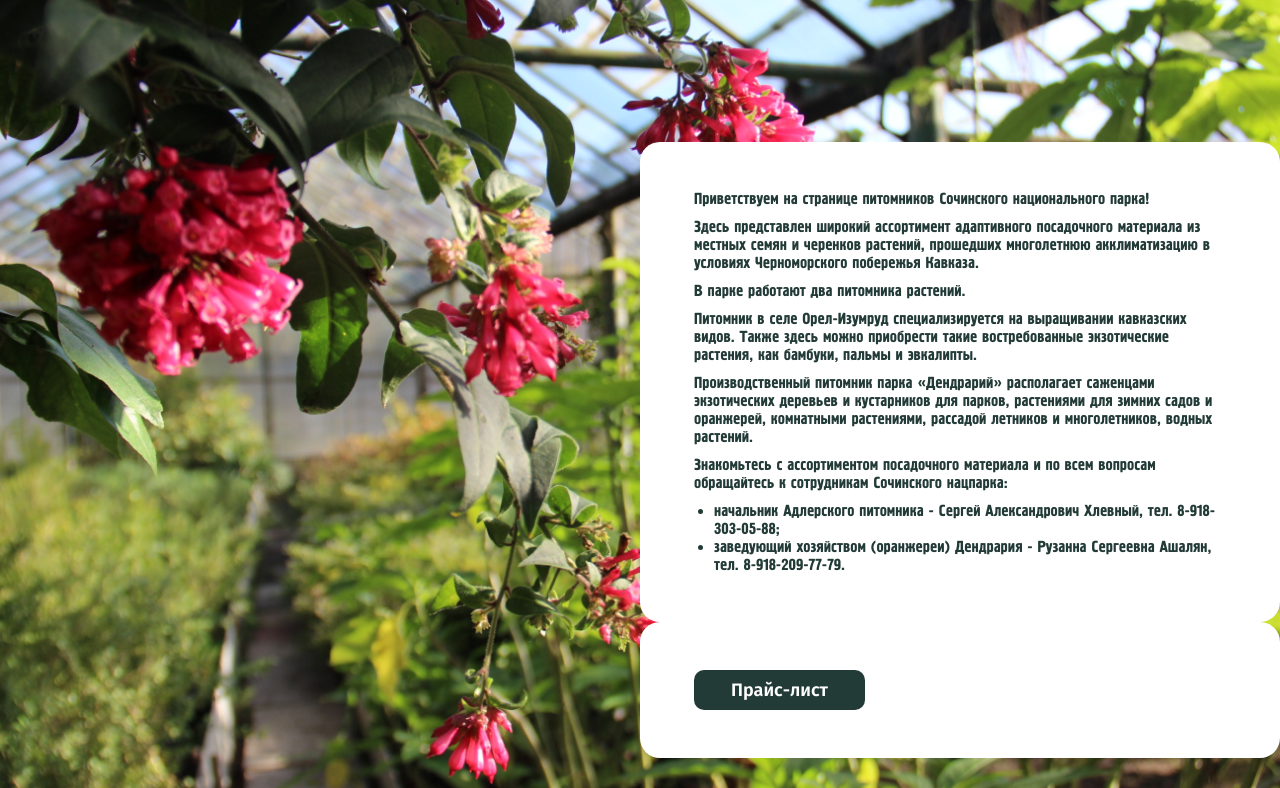
Repository: sem1103/np-sochi
Page: index.html
An editor plug-in stored every save of this project. The page is shown before and after the next save, followed by the edit.
The browser window is 1280 px wide. The pictures show the whole page.

Above is the page before, as saved 2024-01-17 20:01:12.

### index.html
<!DOCTYPE html>
<html lang="en">
<head>
    <meta charset="UTF-8">
    <meta name="viewport" content="width=device-width, initial-scale=1.0">
    <title>Сочинский Национальный Парк</title>

    <link rel="stylesheet" href="styles/reset.css">
    <link rel="stylesheet" href="styles/main.css">
</head>
<body>
    <div id="page">
        <header></header>

        <main>
            <div class="top__text container">
                <div class="text__content">
                    <p>
                        Приветствуем на странице питомников Сочинского национального парка!
                    </p>
                    <p>
                        Здесь представлен широкий ассортимент адаптивного посадочного материала из местных семян и черенков растений, прошедших многолетнюю акклиматизацию в условиях Черноморского побережья Кавказа.
                    </p>
                    <p>
                        В парке работают два питомника растений.
                    </p>
                    <p>
                        Питомник в селе Орел-Изумруд специализируется на выращивании кавказских видов. Также здесь можно приобрести такие востребованные экзотические растения, как бамбуки, пальмы и эвкалипты.
                    </p>
                    <p>
                        Производственный питомник парка «Дендрарий» располагает саженцами экзотических деревьев и кустарников для парков, растениями для зимних садов и оранжерей, комнатными растениями, рассадой летников и многолетников, водных растений.
                    </p>
                    <p>
                        Знакомьтесь с ассортиментом посадочного материала и по всем вопросам обращайтесь к сотрудникам Сочинского нацпарка:
                    </p>
                    <ul>
                        <li>начальник Адлерского питомника - Сергей Александрович Хлевный, тел. <a href="tel:+79183030588">8-918-303-05-88</a>;</li>
                        <li>заведующий хозяйством (оранжереи) Дендрария - Рузанна Сергеевна Ашалян, тел. 8-918-209-77-79.</li>
                    </ul>
                </div>
                <div class="price__list">
                    <button >Прайс-лист</button>

                </div>
            </div>
        </main>

        <footer></footer>
    </div>
</body>
</html>

### styles/reset.css

:root{
    --gray: #233B37;
}
html{
    scroll-behavior: smooth;
}
html,
body,
div,
span,
applet,
object,
iframe,
h1,
h2,
h3,
h4,
h5,
h6,
p,
blockquote,
pre,
a,
abbr,
acronym,
address,
big,
cite,
code,
del,
dfn,
em,
img,
ins,
kbd,
q,
s,
samp,
small,
strike,
strong,
sub,
sup,
tt,
var,
b,
u,
i,
center,
dl,
dt,
dd,
ol,
ul,
li,
fieldset,
form,
label,
legend,
table,
caption,
tbody,
tfoot,
thead,
tr,
th,
td,
article,
aside,
canvas,
details,
embed,
figure,
figcaption,
footer,
header,
hgroup,
menu,
nav,
output,
ruby,
section,
summary,
time,
mark,
audio,
video {
    margin: 0;
    padding: 0;
    border: 0;
    font-size: 100%;
    font: inherit;
    vertical-align: baseline
}

article,
aside,
details,
figcaption,
figure,
footer,
header,
hgroup,
menu,
nav,
section {
    display: block
}

body {
    line-height: 1;
    font-family: Hermes;
}

ol,
ul {
    list-style: none
}

blockquote,
q {
    quotes: none
}

blockquote:before,
blockquote:after,
q:before,
q:after {
    content: '';
    content: none
}

table {
    border-collapse: collapse;
    border-spacing: 0
}

a {
    text-decoration: none;
    color: var(--gray);
    transition: all .3s ease-in-out
}

a:hover {
    color: #365edc;
}

* {
    box-sizing: border-box
}




.active__menu{
    opacity: .7;
    color: var(--gray);
}
#page{
    min-height: 100vh;
}

.container{
    max-width: 1160px;
    margin: auto;
    padding: 0 15px;
}
main img{
    width: 100%;
    height: auto;
}

### styles/main.css
@import url('https://fonts.googleapis.com/css2?family=Fira+Sans:wght@600&display=swap');
@font-face {
    font-family: 'Hermes';
    src: url('font/hermes.ttf'),
    url(font/hermes.woff),
    url(font/hermes.woff2) ;

}

.container{
    max-width: 1652px;
    margin: 0 auto;
}
main{
    background: url(../img/main-bg.png) center/cover;
}
p, li{
    font: 16px 'Hermes';
    color: var(--gray);
}
p{
    margin: 0 0 10px 0;
}
.top__text{
    padding: 142px 0 30px 0;
}
.top__text > div{
    padding: 48px 54px;
    background-color: #fff;
    width: 50%;
    margin: 0 0 0 auto;
    border-radius: 20px;
}
li{
    list-style: disc;
    margin: 0 0 0 20px;
}
.price__list{
    width: 50%;
    margin: 0 0 0 auto;
}
.price__list button{
    padding: 9px 37px;
    font: 600 18px 'Fira Sans';
    margin: 0;
    background: var(--gray);
    color: #fff;
    border: 0;
    border-radius: 10px;
}

After the next save:
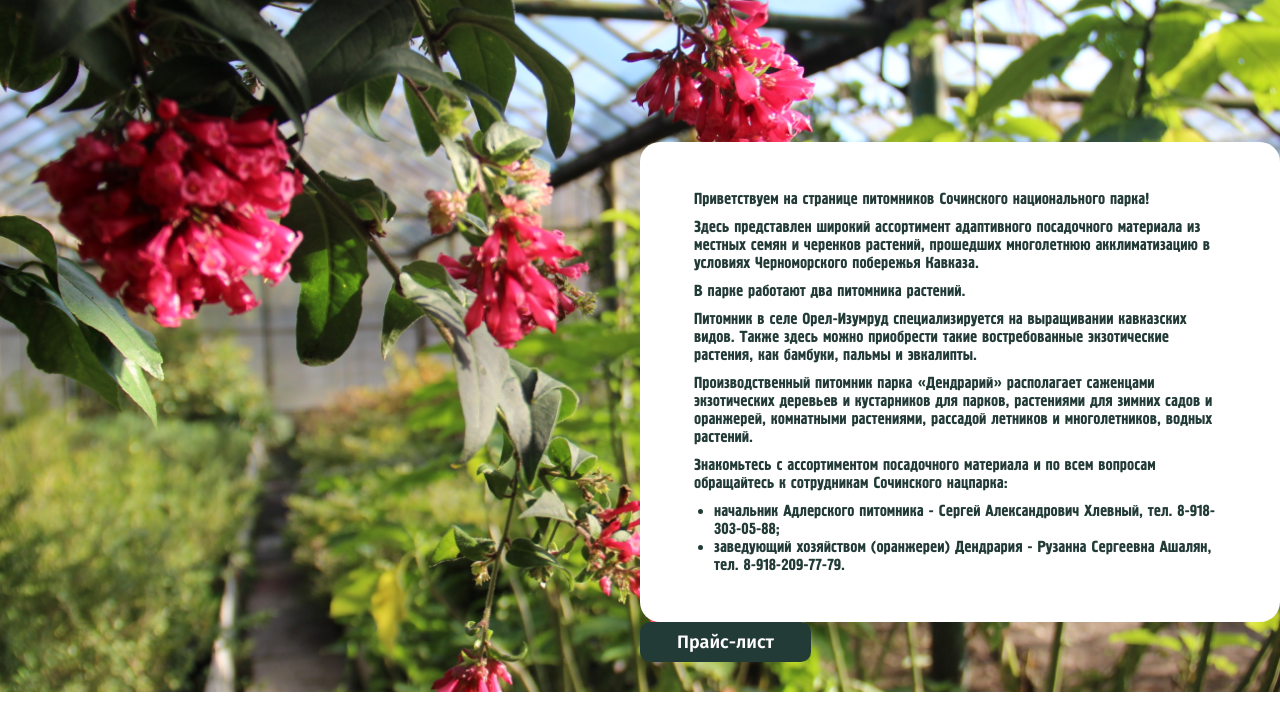
Saved 6 s later.
--- a/styles/main.css
+++ b/styles/main.css
@@ -24,7 +24,7 @@ p{
 .top__text{
     padding: 142px 0 30px 0;
 }
-.top__text > div{
+.text__content{
     padding: 48px 54px;
     background-color: #fff;
     width: 50%;
